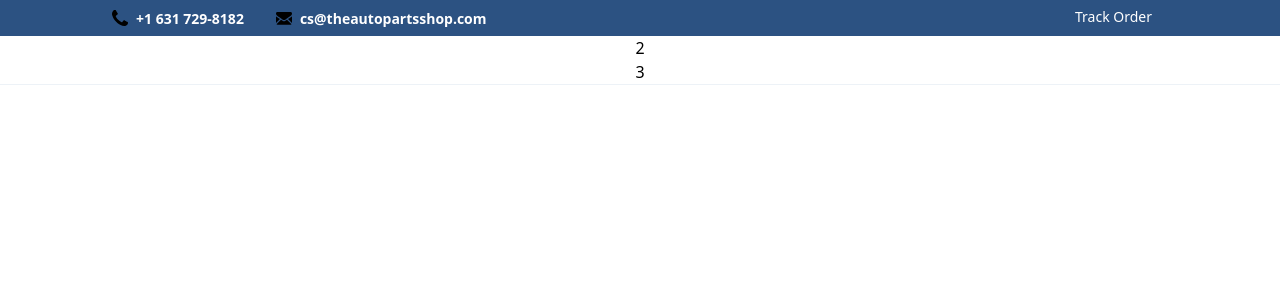
Repository: robindhimanspineor/TAPS-Next
Page: /
An editor plug-in stored every save of this project. The page is shown before and after the next save, followed by the edit.
The browser window is 1280 px wide. The pictures show the whole page.
The project was rebuilt for these pictures with package versions that can differ from the ones it lists, and the page was loaded fresh each time. The framework's server and built-in components were replaced by stand-ins that run in the browser. Also part of the build but not shown: next.config.js.

Above is the page before, as saved 2021-09-16 15:31:28.

### src/pages/index.tsx
// import { useRouter } from 'next/router';

// import { Meta } from '../layout/Meta';
// import { Main } from '../templates/Main';
import Header from '../components/common/header';

const Index = () => {
  // const router = useRouter();

  return (
    // <Main
    //   meta={
    //     <Meta
    //       title="Next.js Boilerplate Presentation"
    //       description="Next js Boilerplate is the perfect starter code for your project. Build your React application with the Next.js framework."
    //     />
    //   }
    // >
    // </Main>
    <div>
      <main className="main-container block">
        <Header />
      </main>
    </div>
  );
};

export default Index;

### src/components/common/header/index.js
import PhoneHandle from '../../../svg/PhoneHandleSvg.js';
import MailBoxSvg from '../../../svg/MailBoxSvg';

const Header = () => {
  return (
    <header className="flex flex-col items-center justify-center w-full static border-b z-50">
      <div className="head-top flex justify-between py-1.5 pr-32 pl-28 bg-blue-800 w-full text-sm">
        <div className="w-screen max-w-screen-xl flex justify-between">
          <div className="head-top-left flex text-white font-medium w-9/12">
            <div className="head-top-phone flex items-center text-white w-auto  font-semibold">
              <div className="text-white h-6 w-6 flex items-center pr-2">
                <PhoneHandle />
              </div>
              <span>+1 631 729-8182</span>
            </div>
            <div className="heap-top-email flex items-center text-white w-auto  font-semibold ml-8">
              <div className="text-white h-6 w-6 flex items-center pr-2">
                <MailBoxSvg />
              </div>
              cs@theautopartsshop.com
            </div>
          </div>
          <div className="head-top-right text-white font-medium">
            Track Order
          </div>
        </div>
      </div>
      <div>2</div>
      <div>3</div>
    </header>
  );
};

export default Header;

### src/svg/PhoneHandleSvg.js
import React from 'react';

const PhoneHandle = () => (
  <svg
    version="1.1"
    xmlns="http://www.w3.org/2000/svg"
    xmlnsXlink="http://www.w3.org/1999/xlink"
    x="0px"
    y="0px"
    width="401.998px"
    height="401.998px"
    viewBox="0 0 401.998 401.998"
    style={{ enableBackground: 'new 0 0 401.998 401.998' }}
    xmlSpace="preserve"
    aria-label="phone handle svg"
  >
    <g>
      <path
        d="M401.129,311.475c-1.137-3.426-8.371-8.473-21.697-15.129c-3.61-2.098-8.754-4.949-15.41-8.566
		c-6.662-3.617-12.709-6.95-18.13-9.996c-5.432-3.045-10.521-5.995-15.276-8.846c-0.76-0.571-3.139-2.234-7.136-5
		c-4.001-2.758-7.375-4.805-10.14-6.14c-2.759-1.327-5.473-1.995-8.138-1.995c-3.806,0-8.56,2.714-14.268,8.135
		c-5.708,5.428-10.944,11.324-15.7,17.706c-4.757,6.379-9.802,12.275-15.126,17.7c-5.332,5.427-9.713,8.138-13.135,8.138
		c-1.718,0-3.86-0.479-6.427-1.424c-2.566-0.951-4.518-1.766-5.858-2.423c-1.328-0.671-3.607-1.999-6.845-4.004
		c-3.244-1.999-5.048-3.094-5.428-3.285c-26.075-14.469-48.438-31.029-67.093-49.676c-18.649-18.658-35.211-41.019-49.676-67.097
		c-0.19-0.381-1.287-2.19-3.284-5.424c-2-3.237-3.333-5.518-3.999-6.854c-0.666-1.331-1.475-3.283-2.425-5.852
		s-1.427-4.709-1.427-6.424c0-3.424,2.713-7.804,8.138-13.134c5.424-5.327,11.326-10.373,17.7-15.128
		c6.379-4.755,12.275-9.991,17.701-15.699c5.424-5.711,8.136-10.467,8.136-14.273c0-2.663-0.666-5.378-1.997-8.137
		c-1.332-2.765-3.378-6.139-6.139-10.138c-2.762-3.997-4.427-6.374-4.999-7.139c-2.852-4.755-5.799-9.846-8.848-15.271
		c-3.049-5.424-6.377-11.47-9.995-18.131c-3.615-6.658-6.468-11.799-8.564-15.415C98.986,9.233,93.943,1.997,90.516,0.859
		C89.183,0.288,87.183,0,84.521,0c-5.142,0-11.85,0.95-20.129,2.856c-8.282,1.903-14.799,3.899-19.558,5.996
		c-9.517,3.995-19.604,15.605-30.264,34.826C4.863,61.566,0.01,79.271,0.01,96.78c0,5.135,0.333,10.131,0.999,14.989
		c0.666,4.853,1.856,10.326,3.571,16.418c1.712,6.09,3.093,10.614,4.137,13.56c1.045,2.948,2.996,8.229,5.852,15.845
		c2.852,7.614,4.567,12.275,5.138,13.988c6.661,18.654,14.56,35.307,23.695,49.964c15.03,24.362,35.541,49.539,61.521,75.521
		c25.981,25.98,51.153,46.49,75.517,61.526c14.655,9.134,31.314,17.032,49.965,23.698c1.714,0.568,6.375,2.279,13.986,5.141
		c7.614,2.854,12.897,4.805,15.845,5.852c2.949,1.048,7.474,2.43,13.559,4.145c6.098,1.715,11.566,2.905,16.419,3.576
		c4.856,0.657,9.853,0.996,14.989,0.996c17.508,0,35.214-4.856,53.105-14.562c19.219-10.656,30.826-20.745,34.823-30.269
		c2.102-4.754,4.093-11.273,5.996-19.555c1.909-8.278,2.857-14.985,2.857-20.126C401.99,314.814,401.703,312.819,401.129,311.475z"
      />
    </g>
    <g />
    <g />
    <g />
    <g />
    <g />
    <g />
    <g />
    <g />
    <g />
    <g />
    <g />
    <g />
    <g />
    <g />
    <g />
  </svg>
);

export default PhoneHandle;

### src/svg/MailBoxSvg.js
import React from 'react';

const MailBoxSvg = () => (
  <svg
    version="1.1"
    xmlns="http://www.w3.org/2000/svg"
    xmlnsXlink="http://www.w3.org/1999/xlink"
    x="0px"
    y="0px"
    width="550.795px"
    height="550.795px"
    viewBox="0 0 550.795 550.795"
    style={{ enableBackground: 'new 0 0 550.795 550.795' }}
    xmlSpace="preserve"
    aria-label="mail box"
  >
    <g>
      <g>
        <path
          d="M501.613,491.782c12.381,0,23.109-4.088,32.229-12.16L377.793,323.567c-3.744,2.681-7.373,5.288-10.801,7.767
			c-11.678,8.604-21.156,15.318-28.434,20.129c-7.277,4.822-16.959,9.737-29.045,14.755c-12.094,5.024-23.361,7.528-33.813,7.528
			h-0.306h-0.306c-10.453,0-21.72-2.503-33.813-7.528c-12.093-5.018-21.775-9.933-29.045-14.755
			c-7.277-4.811-16.75-11.524-28.434-20.129c-3.256-2.387-6.867-5.006-10.771-7.809L16.946,479.622
			c9.119,8.072,19.854,12.16,32.234,12.16H501.613z"
        />
        <path
          d="M31.047,225.299C19.37,217.514,9.015,208.598,0,198.555V435.98l137.541-137.541
			C110.025,279.229,74.572,254.877,31.047,225.299z"
        />
        <path
          d="M520.059,225.299c-41.865,28.336-77.447,52.73-106.75,73.195l137.486,137.492V198.555
			C541.98,208.396,531.736,217.306,520.059,225.299z"
        />
        <path
          d="M501.613,59.013H49.181c-15.784,0-27.919,5.33-36.42,15.979C4.253,85.646,0.006,98.97,0.006,114.949
			c0,12.907,5.636,26.892,16.903,41.959c11.267,15.061,23.256,26.891,35.961,35.496c6.965,4.921,27.969,19.523,63.012,43.801
			c18.917,13.109,35.368,24.535,49.505,34.395c12.05,8.396,22.442,15.667,31.022,21.701c0.985,0.691,2.534,1.799,4.59,3.269
			c2.215,1.591,5.018,3.61,8.476,6.107c6.659,4.816,12.191,8.709,16.597,11.683c4.4,2.975,9.731,6.298,15.985,9.988
			c6.249,3.685,12.143,6.456,17.675,8.299c5.533,1.842,10.655,2.766,15.367,2.766h0.306h0.306c4.711,0,9.834-0.924,15.368-2.766
			c5.531-1.843,11.42-4.608,17.674-8.299c6.248-3.69,11.572-7.02,15.986-9.988c4.406-2.974,9.938-6.866,16.598-11.683
			c3.451-2.497,6.254-4.517,8.469-6.102c2.057-1.476,3.605-2.577,4.596-3.274c6.684-4.651,17.1-11.892,31.104-21.616
			c25.482-17.705,63.01-43.764,112.742-78.281c14.957-10.447,27.453-23.054,37.496-37.803c10.025-14.749,15.051-30.22,15.051-46.408
			c0-13.525-4.873-25.098-14.598-34.737C526.461,63.829,514.932,59.013,501.613,59.013z"
        />
      </g>
    </g>
    <g />
    <g />
    <g />
    <g />
    <g />
    <g />
    <g />
    <g />
    <g />
    <g />
    <g />
    <g />
    <g />
    <g />
    <g />
  </svg>
);

export default MailBoxSvg;

Loaded but not shown: src/pages/_app.tsx (common file); src/pages/_document.tsx (common file); src/styles/main.css (common file); src/utils/AppConfig.ts (common file); tailwind.config.js (common file)

After the next save:
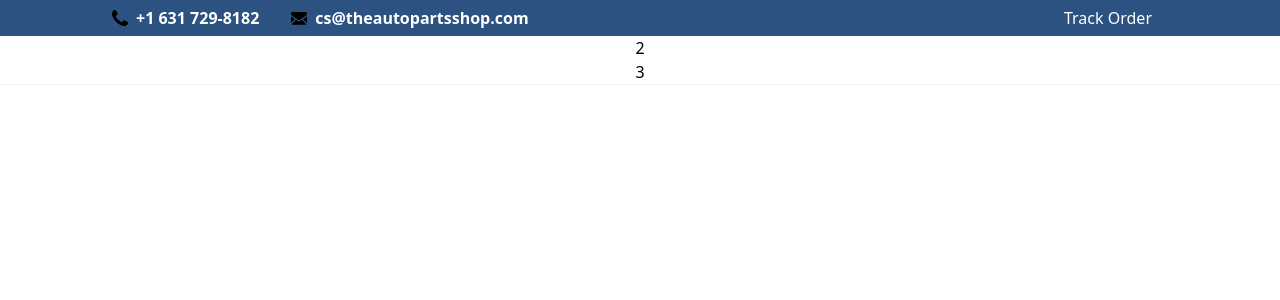
Saved 20 s later.
--- a/src/components/common/header/index.js
+++ b/src/components/common/header/index.js
@@ -4,7 +4,7 @@ import MailBoxSvg from '../../../svg/MailBoxSvg';
 const Header = () => {
   return (
     <header className="flex flex-col items-center justify-center w-full static border-b z-50">
-      <div className="head-top flex justify-between py-1.5 pr-32 pl-28 bg-blue-800 w-full text-sm">
+      <div className="head-top flex justify-between py-1.5 pr-32 pl-28 bg-blue-800 w-full text-base">
         <div className="w-screen max-w-screen-xl flex justify-between">
           <div className="head-top-left flex text-white font-medium w-9/12">
             <div className="head-top-phone flex items-center text-white w-auto  font-semibold">
